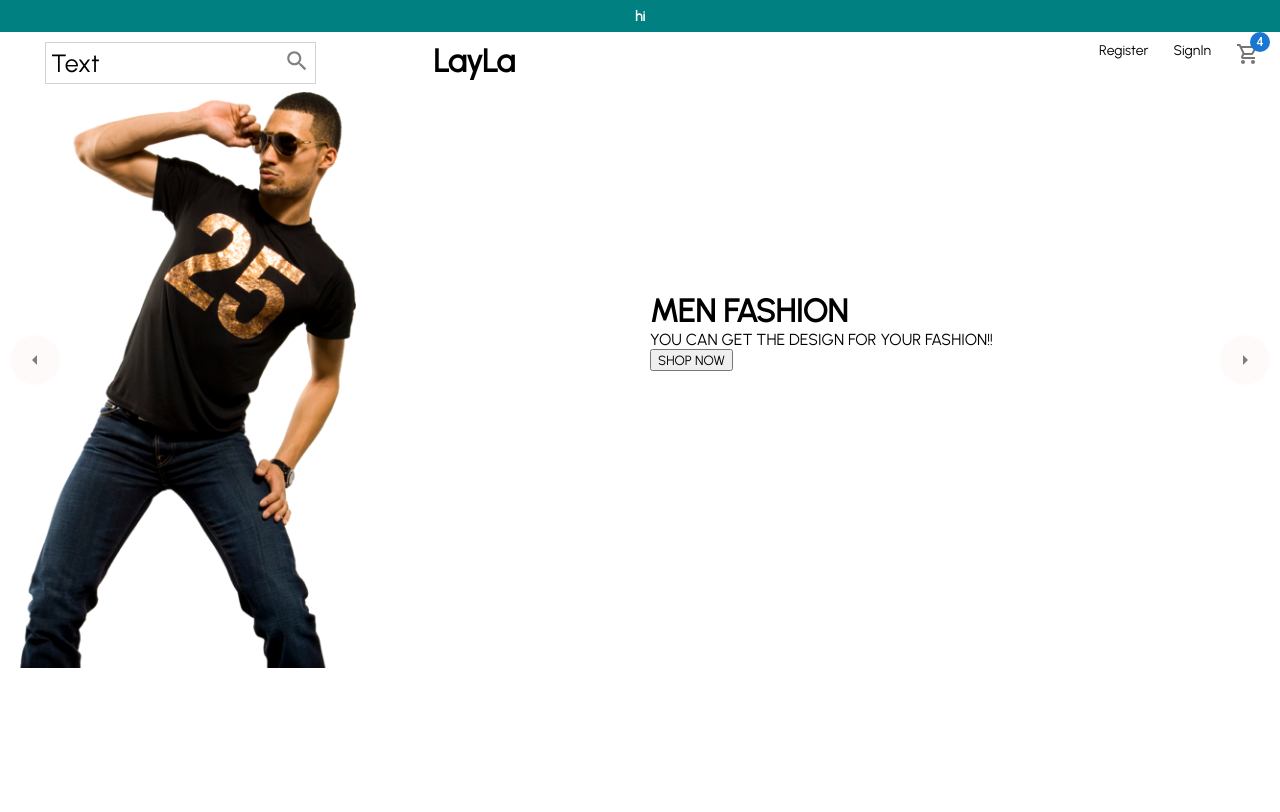
Repository: WaiMaungMaung/React_Ecom
Page: /
The author's editor kept a copy of each file at every save. The page is drawn from the files as they stood at one save, then again after the next save.
The browser window is 1280 px wide. The pictures show the whole page.
The project was rebuilt for these pictures with package versions that can differ from the ones it lists, and the page was loaded fresh each time.

Above is the page before, as saved 2022-05-06 13:37:28.

After the next save:
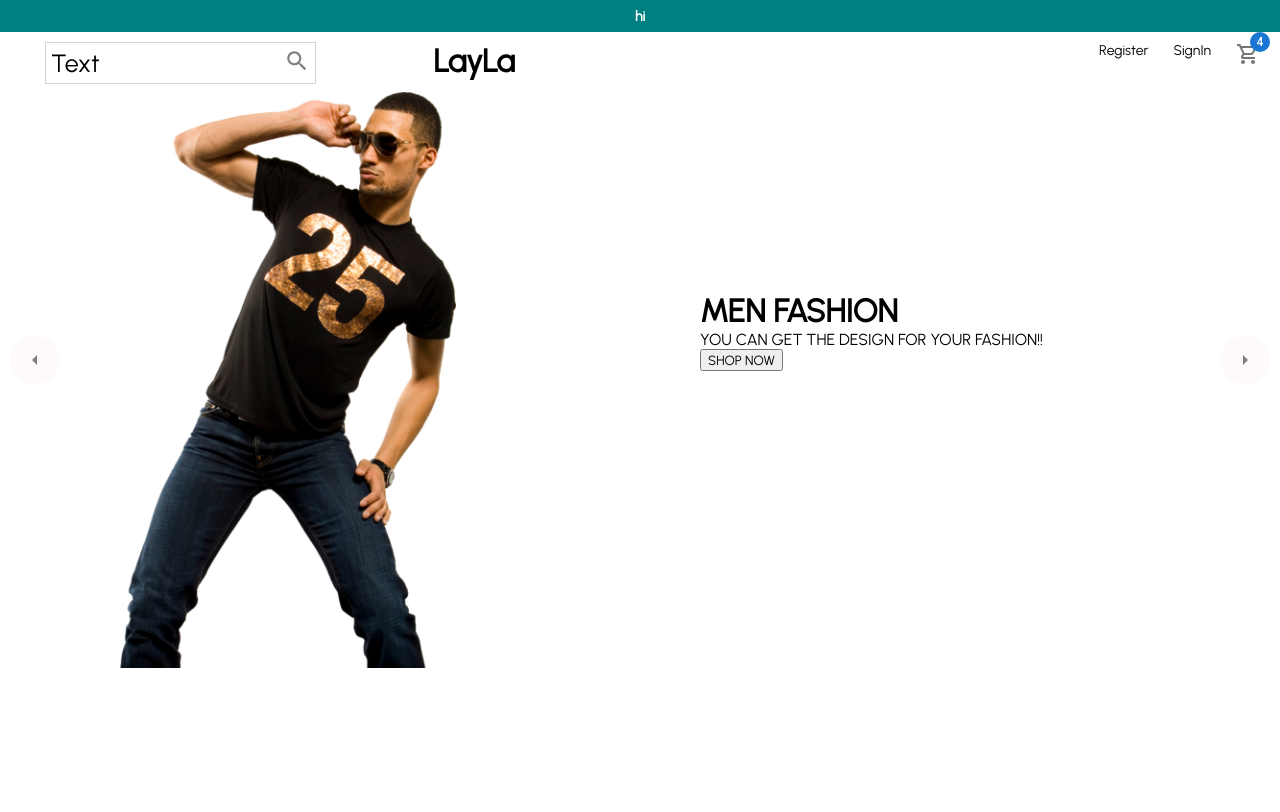
Saved 8 s later.
--- a/src/components/Slider.jsx
+++ b/src/components/Slider.jsx
@@ -35,7 +35,7 @@ const Image = styled.img`
 `;
 const ImgContainer = styled.div`
   height: 100%;
-  margin-left: 20px;
+  margin-left: 120px;
   flex: 1;
 `;
 const Wrapper = styled.div`
